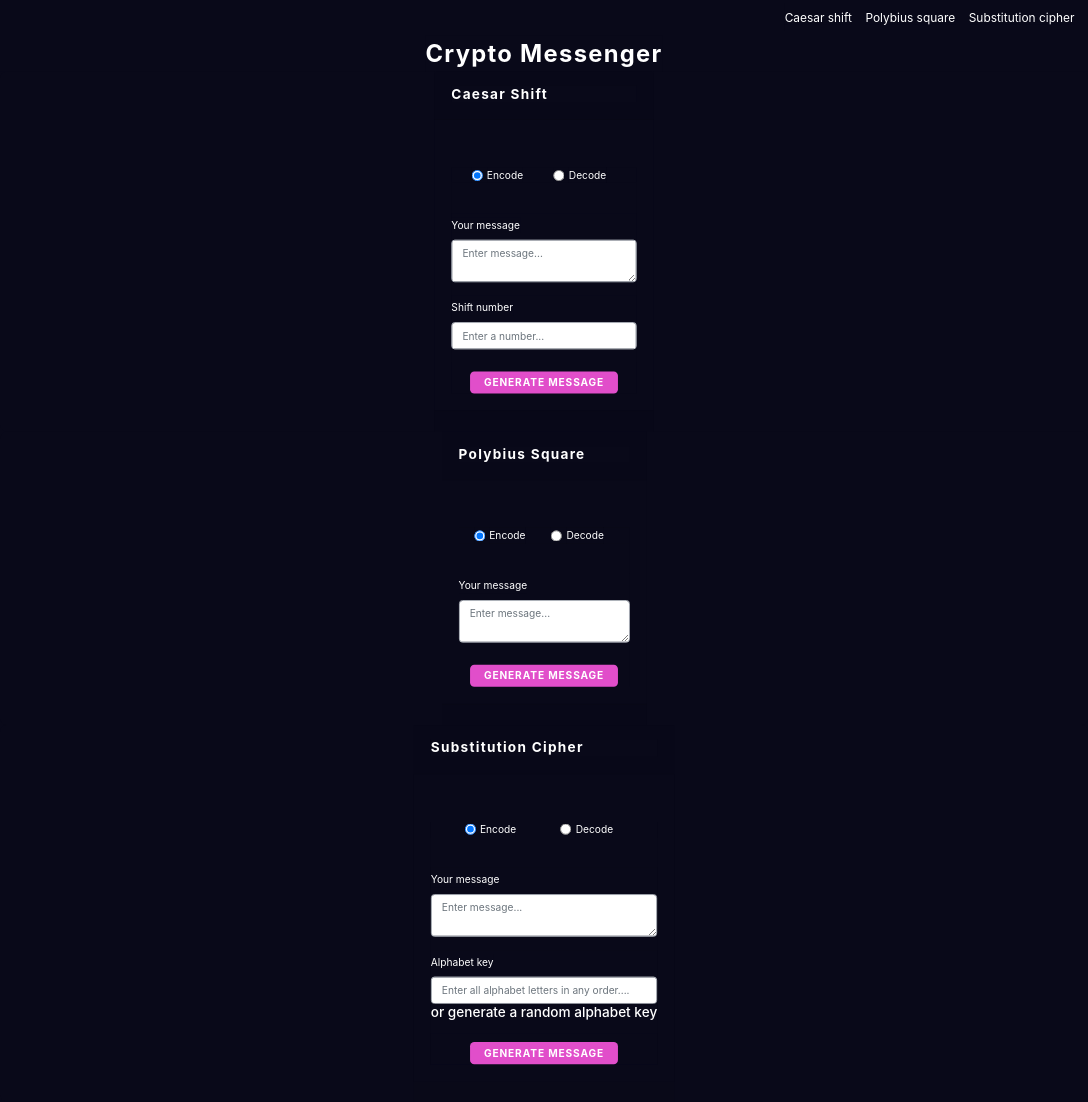
Repository: Rthompson2548/Project-Decoder-Ring
Page: index.html
These files come from the project's save history. The page is drawn as it stood at one moment and after the next save; the edit follows.
The browser window is 1280 px wide. The pictures show the whole page, at 85% of full size.

Above is the page before, as saved 2022-04-09 20:11:25.

### index.html
<!DOCTYPE html>
<html lang="en">

<head>
  <!-- Required meta tags -->
  <meta charset="utf-8" />
  <meta name="viewport" content="width=device-width, initial-scale=1, shrink-to-fit=no" />
  <link rel="icon" href="images/favicon.ico" />
  <link rel="stylesheet" type="text/css" href="index.css" />
  <link rel="stylesheet" href="https://stackpath.bootstrapcdn.com/bootstrap/4.5.2/css/bootstrap.min.css"
    integrity="sha384-JcKb8q3iqJ61gNV9KGb8thSsNjpSL0n8PARn9HuZOnIxN0hoP+VmmDGMN5t9UJ0Z" crossorigin="anonymous" />
<link rel="preconnect" href="https://fonts.googleapis.com">
<link rel="preconnect" href="https://fonts.gstatic.com" crossorigin>
<link href="https://fonts.googleapis.com/css2?family=Archivo&family=Montserrat&family=Work+Sans&display=swap"
  rel="stylesheet">
  <title>Crypto-Messenger</title>
</head>

<body>
  <header class="container-fluid border-0">
    <div class="nav-bar fixed-top">
      <div class="nav-bar">
        <a href="#caesar-shift"> <span class="nav-bar-item">
            Caesar shift
          </span> </a>
          <a href="#polybius-square"> <span class="nav-bar-item">
            Polybius square
          </span> </a>
          <a href="#substitution-cipher"> <span class="nav-bar-item">
            Substitution cipher
          </span> </a>
      </div>
    </div>
  </header>
  <main>
    <div class="header">
      <span class="page-title">
        Crypto Messenger
      </span>
      <!-- <p>Use ciphers to encode & decode messages</p> -->
      </div>

    <div class="page-content">
      <!-- Caesar Shift -->
      <section class="language-card">
        <div id="caesar-shift">
          <div class="card-header">
            <h2 class="language-card-title">Caesar Shift</h2>
            </div>
            <div class="card-body">
            <!-- <p class="language-card-description"> The Caesar Shift is a type of substitution cipher originally used by
              Julius Caesar to protect messages of military significance. It relies on taking the alphabet and
              "shifting" letters to the right or left, based on the typical alphabetic order. </p> -->
            <form id="caesar">
<!-- encode/decode radio option buttons -->
              <div class="encode-decode-options">
                <!-- encode option radio button -->
                <div class="form-check form-check-inline">
                  <input class="form-check-input" type="radio" name="caesar-options" id="caesar-options-encode" value="encode" checked />

                  <label class="form-check-label" for="caesar-options-encode">
                    Encode
                  </label>

                </div>
<!-- decode option radio button -->
                <div class="form-check form-check-inline">
                  <input class="form-check-input" type="radio" name="caesar-options" id="caesar-options-decode" value="decode" />

                  <label class="form-check-label" for="caesar-options-decode">
                    Decode
                  </label>

                </div>
              </div>

              <div class="form-group">
                <label for="caesar-input">Your message</label>
                <textarea class="form-control" id="caesar-input" rows="2" placeholder="Enter message..."></textarea>
                </div>
                <div class="form-group">
                  <label for="caesar-shift">Shift number</label>
                  <input type="number" class="form-control" id="caesar-shift" placeholder="Enter a number..." />
                </div>
              <div class="submit-button-container">
                <button class="submit-button" type="submit">GENERATE MESSAGE</button>
              </div>
            </form>
            </div>
          <div id="caesar-alert" class="alert alert-danger d-none" role="alert"> Something went wrong! Check your input
            and the shift amount and try again. </div>
          <div class="card-footer"><span class="font-weight-bold" id="caesar-output"></span> </div>
          </div>
          </section>
      <!-- Polybius -->
      <section class="language-card">
        <div id="polybius-square">
          <div class="card-header">
            <h2 class="language-card-title">Polybius Square</h2>
            </div>
            <div class="card-body">
            <!-- <p class="language-card-description"> The Polybius Square is a cipher that is achieved by arranging a
              typical alphabet into a grid. Each letter is represented through a coordinate. For example, in the above
              table, the letter "B" would be represented by the numerical pair "21". </p> -->
            <form id="polybius">
              <div class="encode-decode-options">
                <div class="form-check form-check-inline">
                  <input class="form-check-input" type="radio" name="polybius-options" id="polybius-options-encode" value="encode"
                    checked />
                  <label class="form-check-label" for="polybius-options-encode">Encode</label>
                </div>
                <div class="form-check form-check-inline">
                  <input class="form-check-input" type="radio" name="polybius-options" id="polybius-options-decode" value="decode" />
                  <label class="form-check-label" for="polybius-options-decode">Decode</label>
                </div>
              </div>
              <div class="form-group">
                <label for="polybius-input">Your message</label>
                <textarea class="form-control" id="polybius-input" rows="2" placeholder="Enter message..."></textarea>
                </div>
              <div class="submit-button-container">
                <button class="submit-button" type="submit">GENERATE MESSAGE</button>
              </div>
            </form>
            </div>
          <div id="polybius-alert" class="alert alert-danger d-none" role="alert"> Something went wrong! Check your
            input and try again. </div>
          <div class="card-footer"><span class="font-weight-bold" id="polybius-output"></span> </div>
          </div>
          </section>
      <!-- Substitution -->
      <section class="language-card" id="substitution-cipher">
        <div>
          <div class="card-header">
            <h2 class="language-card-title">Substitution Cipher</h2>
            </div>
            <div class="card-body">

            <form id="substitution">
              <div class="encode-decode-options">
                <div class="form-check form-check-inline">
                  <input class="form-check-input" type="radio" name="substitution-options" id="substitution-options-encode"
                    value="encode" checked />
                  <label class="form-check-label" for="substitution-options-encode">Encode</label>
                </div>
                <div class="form-check form-check-inline">
                  <input class="form-check-input" type="radio" name="substitution-options" id="substitution-options-decode"
                    value="decode" />
                  <label class="form-check-label" for="substitution-options-decode">Decode</label>
                </div>
              </div>
              <div class="form-group">
                <label for="substitution-input">Your message</label>
                <textarea class="form-control" id="substitution-input" rows="2" placeholder="Enter message..."></textarea>
                </div>
                <div class="form-group">
                  <label for="substitution-alphabet">Alphabet key</label>
                  <input type="text" class="form-control" id="substitution-alphabet" maxlength="26"
                    placeholder="Enter all alphabet letters in any order...." />
<h6>or generate a random alphabet key</h6>
                </div>
              <div class="submit-button-container">
                <button class="submit-button" type="submit">GENERATE MESSAGE</button>
              </div>
            </form>
            </div>
          <div id="substitution-alert" class="alert alert-danger rounded-0 d-none" role="alert"> Something went wrong!
            Check your input and alphabet key. </div>
          <div class="card-footer border-0"><span class="font-weight-bold" id="substitution-output"></span> </div>
          </div>
          </section>
    </div>

  </main>
  <script src="./scripts/setup.js"></script>
  <script src="./src/caesar.js"></script>
  <script src="./src/polybius.js"></script>
  <script src="./src/substitution.js"></script>
  <script src="./scripts/caesar.js"></script>
  <script src="./scripts/polybius.js"></script>
  <script src="./scripts/substitution.js"></script>
</body>

</html>

### index.css
* {
  background-color: rgb(9 9 25);
  color: #fff;
  margin: 0;
  padding: 0;
}

html, body, #page {
    /* height:100%; */
    /* width:100%; */
    margin:0;
    padding:0;
    font-family: 'Montserrat', sans-serif;
}

input, textarea {
  font-size: 12px !important;
}

.page-content {
  /* font-family: 'Space Mono', monospace; */
  align-items: center;
  /* width: 750px; */
}

.page-title {
  color: #fff;
  font-size: 28px;
  font-weight: bold;
  display: flex;
  letter-spacing: 1.5px;
  justify-content: center;
  margin-top: 42px;
}

.nav-bar {
  display: flex;
  justify-content: center;
  padding: 4px 0;
}

.nav-bar-item {
  font-size: 14px;
  margin-right: 16px;
}

.header {
  display: flex;
  justify-content: center;
}

.encode-decode-options {
  display: flex;
  justify-content: space-evenly;
  margin: 36px 0;
  font-size: 15px;
}

.language-card {
  display: flex;
  justify-content: center !important;
  color: #000;
  border: none;
  border-radius: 8px;
  /* margin: 0 10%; */
}

.language-card-title {
  font-size: 20px;
  font-weight: bold;
  letter-spacing: 1.5px;
  margin-top: 5px;
}

.language-card-description {
  font-size: 14px;
  line-height: 1.5rem;
  letter-spacing: 0.5px;
  margin-bottom: 18px;
}

.submit-button-container {
  display: flex;
  justify-content: center;
}

.submit-button {
  background-color: rgb(225 78 202);
  border: none;
  color: #fff;
  border-radius: 5px;
  padding: 4px 16px;
  margin-top: 10px;
  font-size: 12px;
  letter-spacing: 1px;
  font-weight: bold;
}

@media (min-width: 1000px) {

  .page-content {

  }

  .nav-bar {
    justify-content: end;
  }

  .language-card-title {
    font-size: 16px;
  }

  .language-card-description {
    font-size: 12px;
  }

  label {
    font-size: 12px;
  }
}

### src/caesar.js
const caesarModule = (function() {
    function caesar(input, shift, encode = true) {
        if (!shift || shift === 0 || shift < -25 || shift > 25) return false;
        /* create a variable that takes the input value and converts it to lower case letters so that all characters have the correct ascii values */
        let word = input.toLowerCase().split("");

        /** will subtract the shift value from the word if "decode" to return the original letters of the word */
        if (!encode) shift = 0 - shift;
        // create a variable that maps each letter of the word
        const message = word.map((letter) => {
            let asciiValue = letter.charCodeAt(0) - 97;
            if (asciiValue < 0 || asciiValue > 26) return letter;

            /* add the ascii code value of the letter to the
            shift argument value to convert  it to the right
            character */
            asciiValue += shift;

            /* if the character's value is less than the 'a' value,
            add 26 to it so that it wraps around the alphabet. */
            if (asciiValue < 0) asciiValue += 26;
            asciiValue = asciiValue % 26;

            /* why do we add the ascii value to 97, which is 'a', if
            we already added it's ascii value to shift? Isn't that how
            we encode the message? */

            asciiValue += 97;

            /* user String.fromCharCode to connect the ascii
            code message back to letter values */
            return String.fromCharCode(asciiValue);
        });

        /* join each new character together to create a full word */
        return message.join("");
    }


    return {
        caesar,
    };
})();

module.exports = {
    caesar: caesarModule.caesar
};

### src/polybius.js
const polybiusModule = (function() {
    function polybius(input, encode = true) {
        /* create a variable that takes the input message, converts it all to lowercase, and use split to return an array of each letter separated by a single comma */
        const split = input.toLowerCase().split("");
        /* create an array of every letter(s) in the polybius square. This array will be separated into multiple inner arrays of letters within the array according to their row */
        const polybiusSquare = [
            ["a", "b", "c", "d", "e"],
            ["f", "g", "h", "(i/j)", "k"],
            ["l", "m", "n", "o", "p"],
            ["q", "r", "s", "t", "u"],
            ["v", "w", "x", "y", "z"],
        ];
        /* create an if statement for what to do if the inputted message should be encoded */
        if (encode) {
            /* create a variable that uses map method on the lowercase message */
            const codedMessage = split.map((letter) => {
                /* create a variable that takes each character from the inputted message array and converts it into it's unicode value. */
                const asciiLetterValue = letter.charCodeAt(0);
                /* use an if statement to return only characters between
                   lowercase 'a' and 'z' ascii values, as well as checking that
                   the character is not a space  */
                if ((asciiLetterValue < 97 || asciiLetterValue > 122) && asciiLetterValue != 32) return;
                /* run a for loop through the polybius square array */
                for (let i = 0; i < polybiusSquare.length; i++) {
                    /* run a for loop within that for loop through each inner array */
                    for (let j = 0; j < polybiusSquare[i].length; j++) {
                        if (polybiusSquare[i][j] === letter) return `${j + 1}${i + 1}`;
                        if (letter === "i" || letter === "j") return "42";
                        if (letter === " ") return " ";
                    }
                }
            });
            /* return the variable that split and lower case'd the original message argument */
            return codedMessage.join("");
        }

        /* decode */

        /* set a variable as an empty string to hold decoded message */
        let codedMessage = "";
        /* run a for loop through the message array, but increment i by 2, because each encoded character amounts to 2 number values */
        for (let i = 0; i < split.length; i += 2) {
            /* create an if statement that checks if the value in the message is a space */
            if (split[i] === " ") {
                /* if the value is true, then add a space string to the decoded message string */
                codedMessage += " ";
                /* switch incrementor to go back one "a" value in order to not include the next number in the string */
                i--;
                /* run a continue statement, which will terminate the i-1 incrementor and return back to a+=2 for the next numbers in the string*/
                continue;
            }
            if (!split[i + 1]) return false; // invalid number of characters
            codedMessage += polybiusSquare[split[i + 1] - 1][split[i] - 1];
        }
        // return the coded message

        return codedMessage;
    }

    return {
        polybius,
    };
})();

module.exports = {
    polybius: polybiusModule.polybius
};

### src/substitution.js
const substitutionModule = (function () {
/* helper function for message and both alphabet strings */
    function mapInput(message, alphabetA, alphabetB) {

        /* use the map method on the input message */
        return message.map((letter) => {
            const index = alphabetA.indexOf(letter);
            /* if statement that returns any characters that
             were not found in the string */
            if (index === -1) return letter;
            return alphabetB[index];
        });
    }

  function substitution(input, alphabet, encode = true) {
        if (!alphabet || alphabet.length != 26) return false;

        /* variable that takes the correct alphabet
        string and returns an array of the letters, separated by a comma */
        const abc = "abcdefghijklmnopqrstuvwxyz".split("");

        /* variable that takes the alphabet argument and
        returns it in lower case, separated by commas */
        const splitAlphabet = alphabet.toLowerCase().split("");

        /* variable that takes the message argument,
        and returns it converted to lower case and separated
        by commas */
        const message = input.toLowerCase().split("");

        /* use a nested for loop to compare the characters
          in the alphabet argument to check for uniqueness */
        for (let i = 0; i < splitAlphabet.length; i++) {
            for (let j = i + 1; j < splitAlphabet.length; j++) {
                if (splitAlphabet[i] === splitAlphabet[j]) return false;
            }
        }

        if (encode) return mapInput(message, abc, splitAlphabet).join("");
        return mapInput(message, splitAlphabet, abc).join("");
}

  return {
    substitution,
  };
})();

module.exports = { substitution: substitutionModule.substitution };

### scripts/caesar.js
function caesarRenderer() {

  const form = document.querySelector("#caesar");

  form.addEventListener("submit", (event) => {
    event.preventDefault();

    /** grabs input value via the textarea's id */
    const input = event.target["caesar-input"].value;

    /** direction will be either "encode" or "decode" */
    const direction = event.target["caesar-options"].value;

    /** grabs the value of the shift number input (aka the number to shift the message by) */
    const shift = event.target["caesar-shift"].value;

    /** sets the value of the shift in integer form */
    const result =
      direction === "encode"
        ? caesarModule.caesar(input, Number(shift))
        : caesarModule.caesar(input, Number(shift), false);

    const alert = document.querySelector("#caesar-alert");

    if (result) {
      alert.classList.add("d-none");
      const output = document.querySelector("#caesar-output");
      output.innerHTML = result;
    } else {
      alert.classList.remove("d-none");
    }
  });
}

document.addEventListener("DOMContentLoaded", caesarRenderer);

### scripts/polybius.js
function polybiusRenderer() {
  const form = document.querySelector("#polybius");
  form.addEventListener("submit", (event) => {
    event.preventDefault();

    const input = event.target["polybius-input"].value;
    const direction = event.target["polybius-options"].value;
    const result =
      direction === "encode"
        ? polybiusModule.polybius(input)
        : polybiusModule.polybius(input, false);

    const alert = document.querySelector("#polybius-alert");
    if (result) {
      alert.classList.add("d-none");
      const output = document.querySelector("#polybius-output");
      output.innerHTML = result;
    } else {
      alert.classList.remove("d-none");
    }
  });
}

document.addEventListener("DOMContentLoaded", polybiusRenderer);

### scripts/substitution.js
function substitutionRenderer() {
  const form = document.querySelector("#substitution");
  form.addEventListener("submit", (event) => {
    event.preventDefault();

    const input = event.target["substitution-input"].value;
    const direction = event.target["substitution-options"].value;
    const alphabet = event.target["substitution-alphabet"].value;
    const result =
      direction === "encode"
        ? substitutionModule.substitution(input, alphabet)
        : substitutionModule.substitution(input, alphabet, false);

    const alert = document.querySelector("#substitution-alert");
    if (result) {
      alert.classList.add("d-none");
      const output = document.querySelector("#substitution-output");
      output.innerHTML = result;
    } else {
      alert.classList.remove("d-none");
    }
  });
}

document.addEventListener("DOMContentLoaded", substitutionRenderer);

Loaded but not shown: scripts/setup.js (common file)

After the next save:
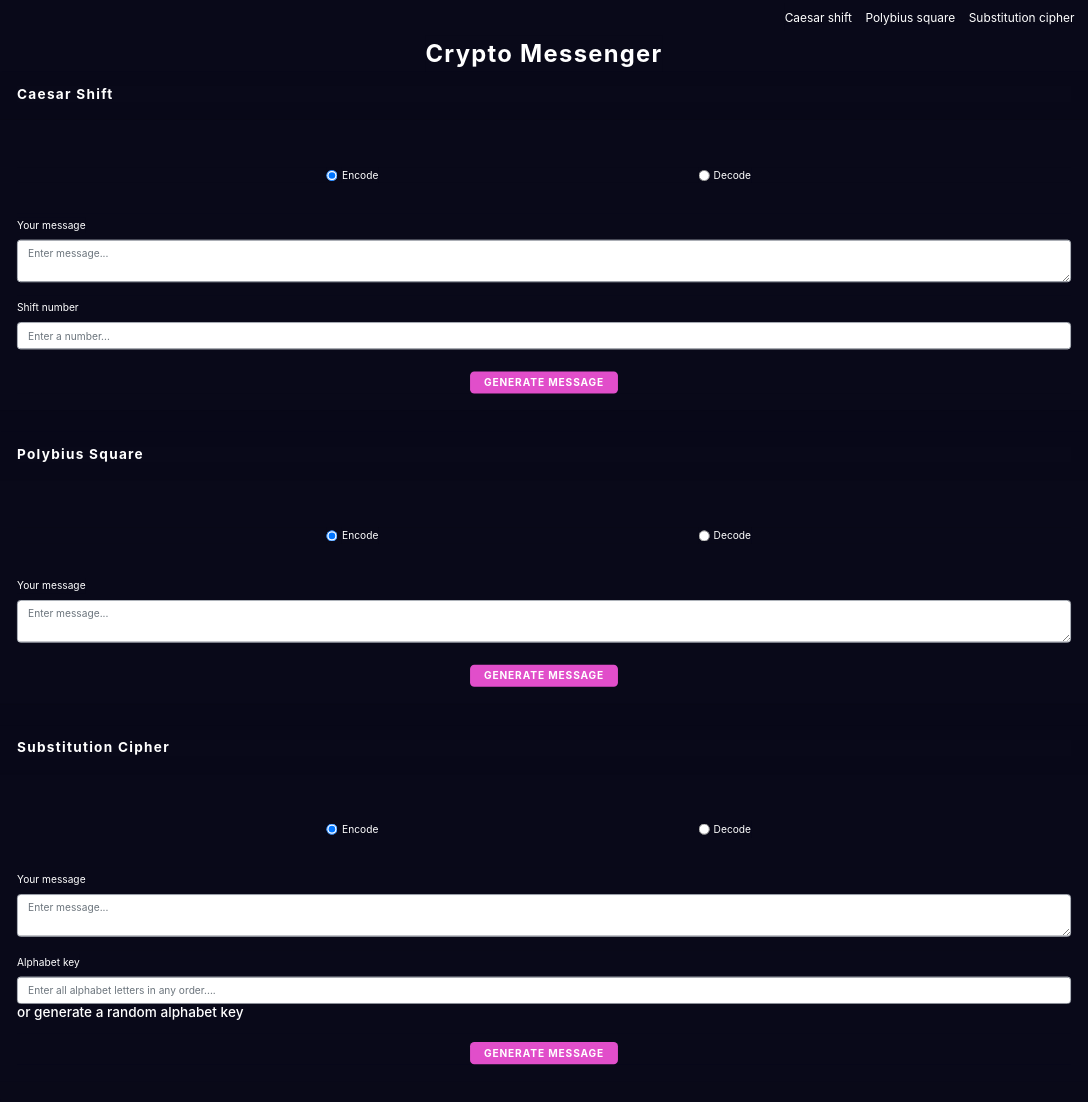
Saved 44 s later.
--- a/index.css
+++ b/index.css
@@ -57,8 +57,8 @@ input, textarea {
 }
 
 .language-card {
-  display: flex;
-  justify-content: center !important;
+  /* display: flex; */
+  /* justify-content: center !important; */
   color: #000;
   border: none;
   border-radius: 8px;
